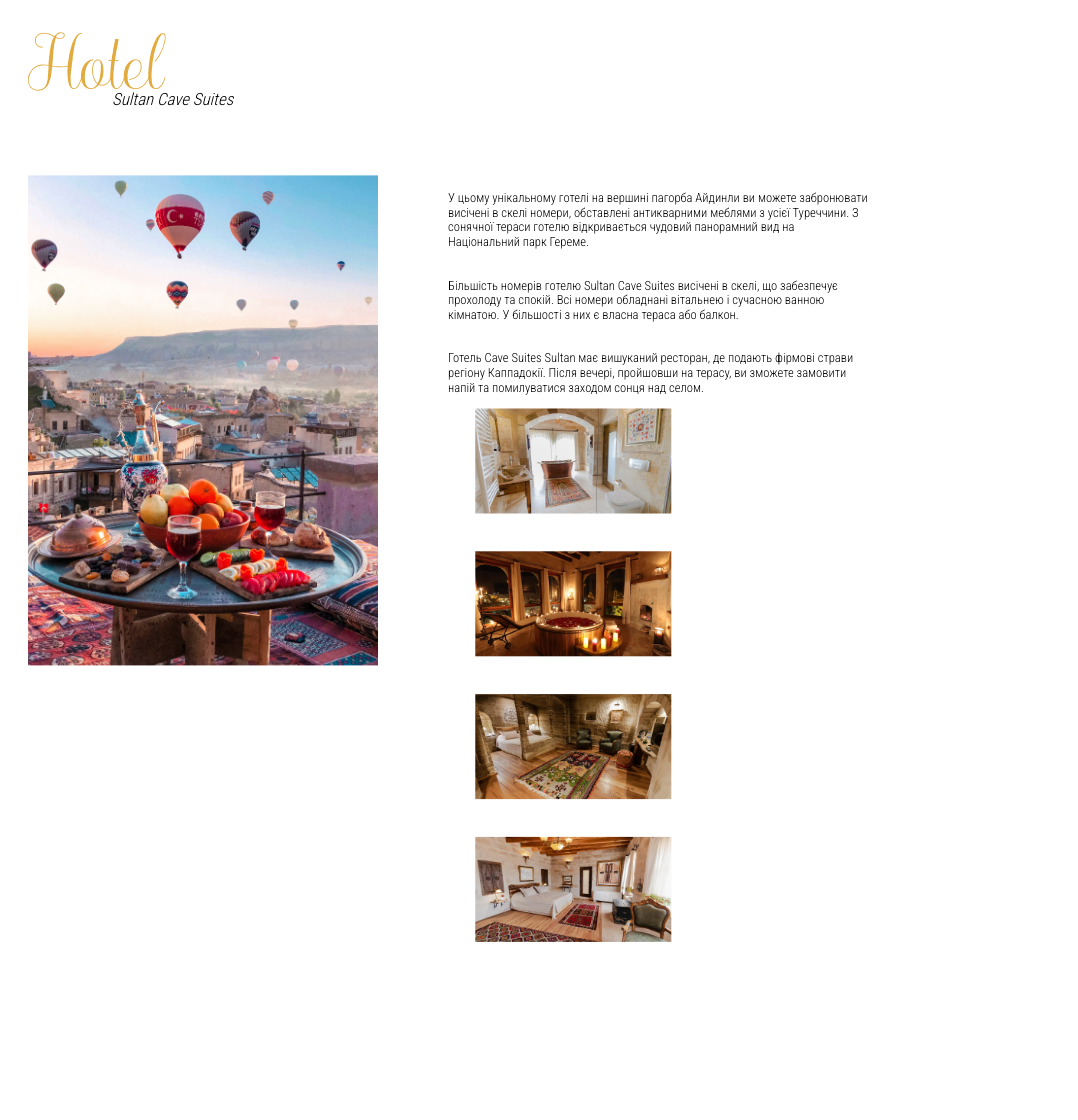
Repository: KYUUBI-K/cappadocia
Page: index.html
The author's editor kept a copy of each file at every save. The page is drawn from the files as they stood at one save, then again after the next save.
The browser window is 1280 px wide. The page is 1540 px wide, so the pictures cover 1540 px, including what lies to the right of the window. The pictures show the part of the page from y = 3281 to 4881 px (the page is 4881 px tall before and 4432 px after), at 70% of full size.

Above is the page before, as saved 2025-08-21 18:44:16.

### index.html
<!DOCTYPE html>
<html lang="en">
  <head>
    <meta charset="UTF-8" />
    <meta name="viewport" content="width=device-width, initial-scale=1.0" />
    <title>Cappadocia</title>
    <link rel="stylesheet" href="./styles.css" />
  </head>
  <body>
    <header class="header">
      <div class="wrapper">
        <nav class="header-menu">
          <ul class="header-menu-list">
            <li class="header-menu-item">
              <a class="header-menu-link" href="#route">Маршрут</a>
            </li>
            <li class="header-menu-item">
              <a class="header-menu-link" href="#hotel">Готель</a>
            </li>
            <li class="header-menu-item">
              <a class="header-menu-link" href="#price">Вартість</a>
            </li>
          </ul>
          <div class="telephone">
            <svg
              class="phone-icon"
              width="30"
              height="30"
              viewBox="0 0 30 30"
              fill="none"
              xmlns="http://www.w3.org/2000/svg"
            >
              <g clip-path="url(#clip0_31_0)">
                <path
                  d="M23.7091 18.5839C23.0949 17.9444 22.3541 17.6025 21.569 17.6025C20.7902 17.6025 20.0431 17.9381 19.4036 18.5776L17.4027 20.5721C17.2381 20.4835 17.0735 20.4011 16.9152 20.3188C16.6873 20.2049 16.472 20.0972 16.2884 19.9832C14.4142 18.7929 12.7109 17.2416 11.0774 15.2345C10.2859 14.2341 9.75404 13.3919 9.36781 12.5372C9.88701 12.0623 10.3682 11.5684 10.8368 11.0935C11.0141 10.9162 11.1913 10.7326 11.3686 10.5553C12.6983 9.22568 12.6983 7.50346 11.3686 6.1738L9.64007 4.44525C9.44379 4.24896 9.24117 4.04635 9.05122 3.84373C8.67132 3.45117 8.27242 3.04594 7.86086 2.66604C7.24669 2.05819 6.51221 1.73528 5.73974 1.73528C4.96727 1.73528 4.22013 2.05819 3.58696 2.66604C3.58063 2.67237 3.58063 2.67237 3.5743 2.6787L1.42152 4.85047C0.61106 5.66093 0.148846 6.64868 0.0475384 7.79472C-0.104423 9.64358 0.440104 11.3658 0.857997 12.4928C1.88373 15.2598 3.41601 17.8241 5.70175 20.5721C8.47504 23.8836 11.8118 26.4986 15.6235 28.3411C17.0798 29.0313 19.0237 29.848 21.1954 29.9873C21.3284 29.9937 21.4677 30 21.5943 30C23.057 30 24.2853 29.4745 25.2477 28.4297C25.2541 28.4171 25.2667 28.4107 25.2731 28.3981C25.6023 27.9992 25.9822 27.6383 26.3811 27.252C26.6534 26.9924 26.932 26.7202 27.2042 26.4353C27.8311 25.7831 28.1603 25.0233 28.1603 24.2445C28.1603 23.4594 27.8247 22.7059 27.1852 22.0727L23.7091 18.5839ZM25.9759 25.2512C25.9695 25.2512 25.9695 25.2576 25.9759 25.2512C25.7289 25.5172 25.4757 25.7578 25.2034 26.0237C24.7918 26.4163 24.374 26.8278 23.9814 27.29C23.3419 27.9739 22.5884 28.2968 21.6007 28.2968C21.5057 28.2968 21.4044 28.2968 21.3094 28.2904C19.4289 28.1701 17.6813 27.4357 16.3707 26.8088C12.7869 25.0739 9.64007 22.6109 7.02508 19.4894C4.86597 16.887 3.42234 14.481 2.46625 11.8977C1.8774 10.3211 1.66212 9.09272 1.7571 7.93401C1.82042 7.19321 2.10534 6.57903 2.63087 6.0535L4.78999 3.89439C5.10024 3.60313 5.42949 3.44484 5.75241 3.44484C6.1513 3.44484 6.47422 3.68544 6.67683 3.88806C6.68317 3.89439 6.6895 3.90072 6.69583 3.90705C7.08206 4.26796 7.4493 4.64153 7.83554 5.04043C8.03182 5.24304 8.23443 5.44565 8.43705 5.6546L10.1656 7.38316C10.8368 8.05432 10.8368 8.67482 10.1656 9.34599C9.98198 9.5296 9.8047 9.71322 9.62108 9.89051C9.08921 10.435 8.58268 10.9416 8.03182 11.4354C8.01916 11.4481 8.00649 11.4544 8.00016 11.4671C7.45563 12.0116 7.55694 12.5435 7.67091 12.9044C7.67724 12.9234 7.68358 12.9424 7.68991 12.9614C8.13946 14.0504 8.77263 15.0762 9.73505 16.2982L9.74138 16.3045C11.4889 18.4573 13.3315 20.1352 15.3639 21.4205C15.6235 21.5852 15.8895 21.7181 16.1427 21.8448C16.3707 21.9587 16.586 22.0664 16.7696 22.1804C16.7949 22.193 16.8202 22.212 16.8456 22.2247C17.0608 22.3323 17.2634 22.383 17.4724 22.383C17.9979 22.383 18.3272 22.0537 18.4348 21.9461L20.6003 19.7806C20.8155 19.5654 21.1574 19.3058 21.5563 19.3058C21.9489 19.3058 22.2718 19.5527 22.4681 19.768C22.4744 19.7743 22.4744 19.7743 22.4808 19.7806L25.9695 23.2694C26.6217 23.9152 26.6217 24.5801 25.9759 25.2512Z"
                  fill="black"
                />
                <path
                  d="M16.2124 7.13621C17.8713 7.41481 19.3782 8.19994 20.5813 9.40296C21.7843 10.606 22.5631 12.1129 22.848 13.7718C22.9176 14.1897 23.2786 14.481 23.6901 14.481C23.7408 14.481 23.7851 14.4747 23.8357 14.4683C24.3043 14.3923 24.6145 13.9491 24.5386 13.4806C24.1966 11.4734 23.2469 9.64357 21.7969 8.19361C20.347 6.74365 18.5171 5.79389 16.51 5.45198C16.0414 5.376 15.6045 5.68625 15.5222 6.14847C15.4399 6.61068 15.7438 7.06023 16.2124 7.13621Z"
                  fill="black"
                />
                <path
                  d="M29.9654 13.2337C29.4019 9.92851 27.8443 6.92095 25.4509 4.52757C23.0575 2.13418 20.05 0.576584 16.7448 0.0130621C16.2826 -0.0692501 15.8457 0.247335 15.7634 0.70955C15.6874 1.1781 15.9977 1.61498 16.4662 1.6973C19.4168 2.1975 22.1078 3.59681 24.2479 5.73059C26.388 7.87071 27.781 10.5617 28.2812 13.5123C28.3508 13.9302 28.7117 14.2214 29.1233 14.2214C29.1739 14.2214 29.2183 14.2151 29.2689 14.2087C29.7311 14.1391 30.0477 13.6959 29.9654 13.2337Z"
                  fill="black"
                />
              </g>
              <defs>
                <clipPath id="clip0_31_0">
                  <rect width="30" height="30" fill="white" />
                </clipPath>
              </defs>
            </svg>
            <div class="number-text">+38(066)555-777-6</div>
          </div>
        </nav>
        <div class="main-title">
          <h1 class="main-title-text">Cappadocia</h1>
          <p class="main-subtitle-text">Ексклюзивний тур</p>
        </div>
      </div>
    </header>

    <section class="about">
      <div class="wrapper">
        <div class="about-title">
          <h2 class="section-title-text">Fairy tail</h2>
          <p class="about-subtitle-text">Казкова країна чудес</p>
        </div>
        <img
          src="./images/Rectangle-about.jpg"
          alt="Hot air balloon"
          class="about-img"
        />
        <div class="about-content">
          <aside class="about-text">
            <!-- prettier-ignore -->
            <p>
            Каппадокія – казкова країна повітряних куль, сирних будиночків,
            різнокольорових долин та чарівних світанків!
            Сюди приїжджають, щоб побачити природні чудеса політати на
            повітряній кулі і, звичайно ж,зробити мільйон красивих фотографій!
          </p>
            <!-- prettier-ignore -->
            <p>
            На учасників туру чекає професійна фотосесія від найкращих
            фотографів Каппадокії!
            Адже саме за чарівними світанками на тлі повітряних куль сюди
            приїжджають люди з усього світу!
          </p>

            <h3>Також Ви побачите:</h3>
            <ul class="about-list">
              <li>Музей на відкритому повітрі у Геремі</li>
              <li>Ущелина Іхлара та монастир Селіме</li>
              <li>Підземні міста</li>
              <li>Фортеця Учхісар</li>
              <li>Зельве та Пашабаг</li>
            </ul>
            <p>та багато інших визначних пам'яток.</p>
            <!-- prettier-ignore -->
            <p>
            Місцева кухня - один із приводів відвідати Каппадокію, тут є ресторани
            на будь-який бюджет.
          </p>
          </aside>
        </div>
      </div>
    </section>

    <section class="route" id="route">
      <div class="wrapper">
        <div class="route-title">
          <h2 class="section-title-text">Our trip</h2>
          <p class="route-subtitle-text">Маршрут</p>
        </div>
        <img
          src="./images/Rectangle-route.png"
          alt="Route map"
          class="route-img"
        />
        <div class="route-content">
          <aside class="route-text">
            <div class="day">
              <h3>День 1</h3>
              <ul>
                <li>Виліт з Києва</li>
                <li>Трансфер до Каппадокії</li>
                <li>Поселення в готель</li>
                <li>Вечірня фотосесія</li>
              </ul>
            </div>

            <div class="day">
              <h3>День 2</h3>
              <ul>
                <li>Фотосесія</li>
                <li>Сніданок у готелі</li>
                <li>Денний тур Каппадокією</li>
                <li>Захід сонця з панорамним видом</li>
              </ul>
            </div>

            <div class="day">
              <h3>День 3</h3>
              <ul>
                <li>Політ на повітряній кулі</li>
                <li>Сніданок у готелі</li>
                <li>Екскурсії на вибір</li>
              </ul>
            </div>

            <div class="day">
              <h3>День 4</h3>
              <ul>
                <li>Вільний час, шопінг</li>
                <li>Трансфер до Анкари</li>
                <li>Виліт до Києва</li>
              </ul>
            </div>
            <button type="button" class="reservation">Забронювати</button>
          </aside>
        </div>
      </div>
    </section>
    <section class="hotel" id="hotel">
      <div class="wrapper">
        <div class="hotel-title">
          <h2 class="section-title-text">Hotel</h2>
          <p class="hotel-subtitle-text">Sultan Cave Suites</p>
        </div>

        <div class="hotel-content">
          <img
            src="./images/Rectangle-hotel.jpg"
            alt="Hot air balloon"
            class="hotel-img"
          />
          <aside class="hotel-text">
            <!-- prettier-ignore -->
            <p>
              У цьому унікальному готелі на вершині пагорба Айдинли ви можете забронювати
              висічені в скелі номери, обставлені антикварними меблями з усієї Туреччини. З
              сонячної тераси готелю відкривається чудовий панорамний вид на
              Національний парк Гереме.
            </p>
            <!-- prettier-ignore -->
            <p>
              Більшість номерів готелю Sultan Cave Suites висічені в скелі, що забезпечує
              прохолоду та спокій. Всі номери обладнані вітальнею і сучасною ванною
              кімнатою. У більшості з них є власна тераса або балкон.
            </p>
            <!-- prettier-ignore -->
            <p>
              Готель Cave Suites Sultan має вишуканий ресторан, де подають фірмові страви
              регіону Каппадокії. Після вечері, пройшовши на терасу, ви зможете замовити
              напій та помилуватися заходом сонця над селом.
            </p>
            <div class="hotel-images">
              <img
                src="./images/Rectangle-hotel1.jpg"
                alt="Hotel room"
                class="hotel-image"
              />
              <img
                src="./images/Rectangle-hotel2.jpg"
                alt="Hotel room"
                class="hotel-image"
              />
              <img
                src="./images/Rectangle-hotel3.jpg"
                alt="Hotel room"
                class="hotel-image"
              />
              <img
                src="./images/Rectangle-hotel4.jpg"
                alt="Hotel room"
                class="hotel-image"
              />
            </div>
          </aside>
        </div>
      </div>
    </section>
  </body>
</html>

### styles.css
@font-face {
  font-family: "Roboto Condensed";
  src: url("./fonts/RobotoCondensed-Light.woff2") format("woff2");
  font-weight: 300;
  font-style: normal;
  font-display: swap;
}

@font-face {
  font-family: "Roboto Condensed";
  src: url("./fonts/RobotoCondensed-Regular.woff2") format("woff2");
  font-weight: 400;
  font-style: normal;
  font-display: swap;
}

@font-face {
  font-family: "Balqis";
  src: url("./fonts/Balqis.woff2") format("woff2");
  font-weight: 400;
  font-style: normal;
  font-display: swap;
}

html {
  box-sizing: border-box;
}
*,
*::before,
*::after {
  box-sizing: inherit;
  margin: 0;
  padding: 0;
}

:root {
  --color-dark: #000000;
  --color-light: #ffffff;
  --color-gray: #e5e5e5;
  --color-orange: #e2ab3f;

  --border: 1px solid var(--color-orange);

  --font-family-base: "Roboto Condensed", sans-serif;
  --font-family-accent: "Balqis", sans-serif;

  --input-height: 50px;
}

li {
  list-style: none;
}

body {
  /* word-wrap: break-word; */
  font-size: 18px;
  font-family: var(--font-family-base);
  background-color: var(--color-light);
  color: var(--color-dark);
}

.header {
  min-height: 100svh;
  background: url("./images/Rectangle.jpg") no-repeat center center;
  background-size: cover;
  background-position: center;
  margin-bottom: 200px;
}
.wrapper {
  margin: 0 auto;
  height: 100%;
  max-width: 1200px;
}

.header-menu {
  display: flex;
  justify-content: space-between;
  align-items: center;
  font-family: var(--font-family-base);
  font-size: 24px;
  font-weight: 400;
  padding-top: 72px;
}
.header-menu-list {
  display: flex;
  column-gap: 45px;
}
.header-menu-link {
  text-decoration: none;
  color: inherit;
}
.telephone {
  display: flex;
  align-items: center;
  column-gap: 10px;
}

.main-title {
  margin-top: 152px;
  text-align: center;
}

.main-title-text {
  font-family: var(--font-family-accent);
  font-size: 250px;
  font-weight: 400;
  line-height: 1;
}

.main-subtitle-text {
  font-family: var(--font-family-base);
  color: var(--color-dark);
  font-weight: 300;
  font-size: 56px;
  line-height: 0;
  font-style: italic;
  transform: translateX(25%);
}

.about {
  margin-bottom: 200px;
  position: relative;
}

.about-title {
  margin-bottom: 100px;
}

.section-title-text {
  font-family: var(--font-family-accent);
  font-weight: 400;
  line-height: 1;
  font-size: 96px;
  color: var(--color-orange);
}

.about-subtitle-text {
  font-family: var(--font-family-base);
  font-weight: 300;
  font-size: 24px;
  font-style: italic;
  line-height: 0;
  transform: translateX(15%);
}

.about-content {
  display: flex;
  justify-content: flex-end;
}

.about-img {
  position: absolute;
  left: 0;
  width: 960px;
  height: 700px;
  object-fit: cover;
  object-position: center;
}
.about-text p {
  font-family: var(--font-family-base);
  font-weight: 300;
  font-size: 18px;
  white-space: pre-line;
  padding-bottom: 50px;
}
.about-list {
  padding-bottom: 50px;
  font-family: var(--font-family-base);
  font-weight: 300;
}

.about-text h3 {
  padding-bottom: 50px;
}

.route {
  position: relative;
  margin-bottom: 200px;
}
.route-title {
  margin-bottom: 108px;
}

.route-subtitle-text {
  transform: translateX(20%);
  font-family: var(--font-family-base);
  font-weight: 300;
  font-size: 24px;
  font-style: italic;
  line-height: 0;
}
.route-content {
  position: relative;
  font-family: var(--font-family-base);
}
.day {
  max-width: 295px;
  margin-bottom: 50px;
}
.route-text {
  font-size: 24px;
  font-weight: 300;
  margin-bottom: 50px;
}
.day h3 {
  margin-bottom: 20px;
}

.reservation {
  border: var(--border);
  text-transform: uppercase;
  font-size: 24px;
  padding: 11px 64px;
  background: none;
}

.route-img {
  position: absolute;
  top: 0;
  right: 0;
  width: 960px;
  height: 1095px;
  object-fit: cover;
  object-position: center;
}

.hotel {
  margin-bottom: 200px;
  position: relative;
}
.hotel-title {
  margin-bottom: 108px;
}
.hotel-subtitle-text {
  transform: translateX(10%);
  font-family: var(--font-family-base);
  font-weight: 300;
  font-size: 24px;
  font-style: italic;
  line-height: 0;
}
.hotel-content {
  display: flex;
  justify-content: space-between;
  column-gap: 100px;
}

.hotel-text {
}
.hotel-text p {
  margin-bottom: 20px;
  white-space: pre-line;
  font-family: var(--font-family-base);
  font-size: 18px;
  font-weight: 300;
}
.hotel-img {
  width: 500px;
  height: 700px;
  object-fit: cover;
  object-position: center;
}

.hotel-images-list {
}
.hotel-image {
  width: 280px;
  height: 150px;
  object-fit: cover;
  object-position: center;
  margin-bottom: 50px;
  margin-left: 39px;
}
@media (max-width: 1040px) {
  .main-title-text {
    font-size: 150px;
  }
  .main-subtitle-text {
    font-size: 46px;
  }
}

@media (max-width: 830px) {
  .header-menu {
    padding-top: 40px;
  }

  .header-menu-list {
    column-gap: 35px;
  }
  .main-title-text {
    font-size: 150px;
  }
  .main-subtitle-text {
    font-size: 36px;
  }
}

@media (max-width: 630px) {
  .header-menu {
    font-size: 18px;
  }
  .header-menu-list {
    column-gap: 20px;
  }
  .telephone {
    column-gap: 5px;
  }
  .phone-icon {
    width: 18px;
    height: 18px;
  }
  .main-title-text {
    font-size: 100px;
  }
  .main-subtitle-text {
    font-size: 26px;
  }
}

@media (max-width: 450px) {
  .header-menu {
    font-size: 15px;
  }
  .header-menu-list {
    column-gap: 15px;
  }
  .telephone {
    column-gap: 3px;
  }
  .phone-icon {
    width: 15px;
    height: 15px;
  }
  .main-title-text {
    font-size: 50px;
  }
  .main-subtitle-text {
    font-size: 15px;
  }
}

After the next save:
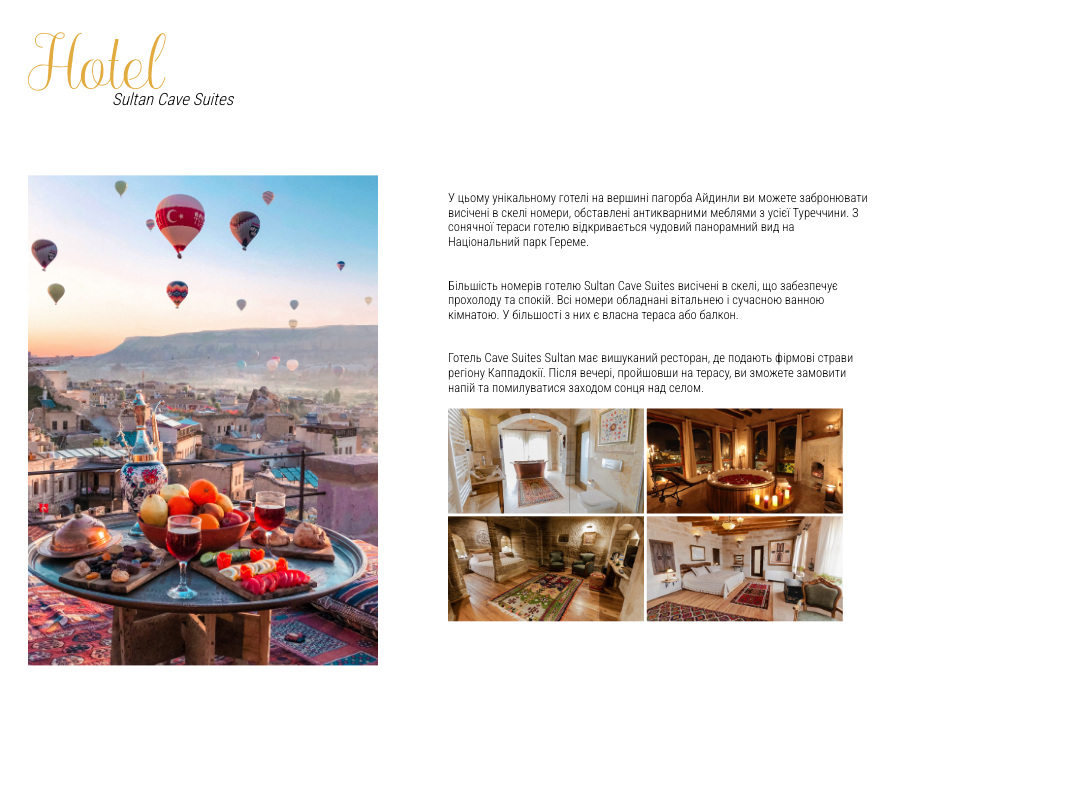
Saved 34 s later.
--- a/styles.css
+++ b/styles.css
@@ -268,8 +268,6 @@ body {
   height: 150px;
   object-fit: cover;
   object-position: center;
-  margin-bottom: 50px;
-  margin-left: 39px;
 }
 @media (max-width: 1040px) {
   .main-title-text {
